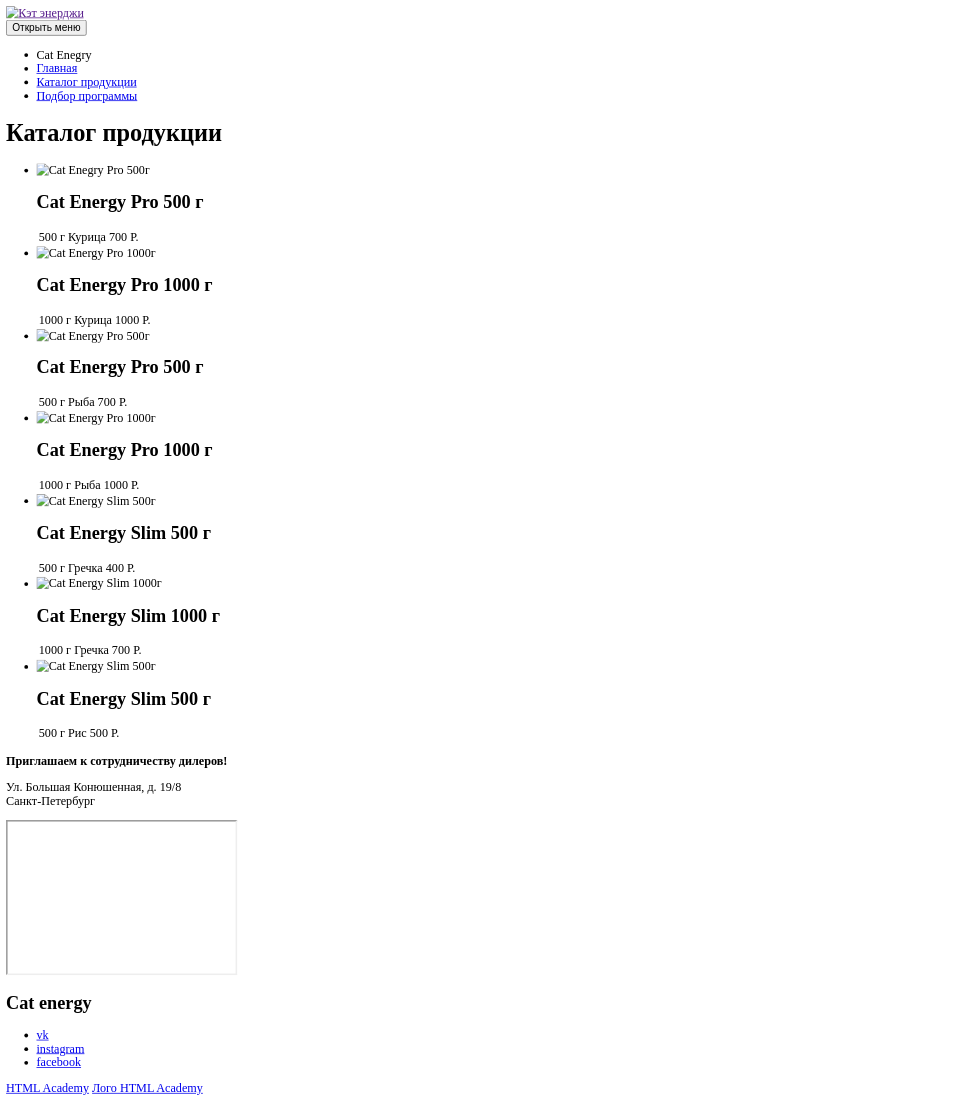
Repository: infernotw/1054987-cat-energy-17
Page: source/catalog.html
An editor plug-in stored every save of this project. The page is shown before and after the next save, followed by the edit.
The browser window is 1280 px wide. The pictures show the whole page, at 76% of full size.

Above is the page before, as saved 2019-07-17 05:16:19.

### source/catalog.html
<!DOCTYPE html>
<html lang="ru">

<head>
  <meta charset="utf-8">
  <title>HTML Academy: Кэт энерджи</title>
</head>

<body>

  <header class="page-header">
    <a href="" class="page-header__logo">
      <img src="#" alt="Кэт энерджи" width="" height="" class="page-header__logo-image">
    </a>
    <nav class="main-nav">
      <button class="main-nav__toggle" type="button">Открыть меню</button>
      <div class="main-nav__wrapper">
        <ul class="main-nav__list site-list">
          <li class="site-list__item">
            <a class="site-list__item site-list__item--active">Cat Enegry</a>
          </li>
          <li class="site-list__item">
            <a href="#">Главная</a>
          </li>
          <li class="site-list__item">
            <a href="catalog.html">Каталог продукции</a>
          </li>
          <li class="site-list__item">
            <a href="form.html">Подбор программы</a>
          </li>
        </ul>
      </div>
    </nav>
  </header>

  <main class="page-main">
    <h1 class="page-main__title">Каталог продукции</h1>
    <section class="catalog">
      <div class="catalog__wrapper">
        <ul class="catalog__list">
          <li class="catalog__item">
            <img src="#" alt="Cat Enegry Pro 500г" class="catalog__img">
            <h2 class="catalog__name">Cat Energy Pro 500 г</h2>
            <table class="catalog__about">
              <tr>
                <td class="catalog__volume">500 г</td>
                <td class="catalog__taste">Курица</td>
                <td class="catalog__price">700 Р.</td>
              </tr>
            </table>
          </li>
          <li class="catalog__item">
            <img src="#" alt="Cat Energy Pro 1000г" class="catalog__img">
            <h2 class="catalog__name">Cat Energy Pro 1000 г</h2>
            <table class="catalog__about">
              <tr>
                <td class="catalog__volume">1000 г</td>
                <td class="catalog__taste">Курица</td>
                <td class="catalog__price">1000 Р.</td>
              </tr>
            </table>
          </li>
          <li class="catalog__item">
            <img src="#" alt="Cat Energy Pro 500г" class="catalog__img">
            <h2 class="catalog__name">Cat Energy Pro 500 г</h2>
            <table class="catalog__about">
              <tr>
                <td class="catalog__volume">500 г</td>
                <td class="catalog__taste">Рыба</td>
                <td class="catalog__price">700 Р.</td>
              </tr>
            </table>
          </li>
          <li class="catalog__item">
            <img src="#" alt="Cat Energy Pro 1000г" class="catalog__img">
            <h2 class="catalog__name">Cat Energy Pro 1000 г</h2>
            <table class="catalog__about">
              <tr>
                <td class="catalog__volume">1000 г</td>
                <td class="catalog__taste">Рыба</td>
                <td class="catalog__price">1000 Р.</td>
              </tr>
            </table>
          </li>
          <li class="catalog__item">
            <img src="#" alt="Cat Energy Slim 500г" class="catalog__img">
            <h2 class="catalog__name">Cat Energy Slim 500 г</h2>
            <table class="catalog__about">
              <tr>
                <td class="catalog__volume">500 г</td>
                <td class="catalog__taste">Гречка</td>
                <td class="catalog__price">400 Р.</td>
              </tr>
            </table>
          </li>
          <li class="catalog__item">
            <img src="#" alt="Cat Energy Slim 1000г" class="catalog__img">
            <h2 class="catalog__name">Cat Energy Slim 1000 г</h2>
            <table class="catalog__about">
              <tr>
                <td class="catalog__volume">1000 г</td>
                <td class="catalog__taste">Гречка</td>
                <td class="catalog__price">700 Р.</td>
              </tr>
            </table>
          </li>
          <li class="catalog__item">
            <img src="#" alt="Cat Energy Slim 500г" class="catalog__img">
            <h2 class="catalog__name">Cat Energy Slim 500 г</h2>
            <table class="catalog__about">
              <tr>
                <td class="catalog__volume">500 г</td>
                <td class="catalog__taste">Рис</td>
                <td class="catalog__price">500 Р.</td>
              </tr>
            </table>
          </li>
        </ul>

      </div>
    </section>


  </main>

  <footer class="page-footer">
    <div class="page-footer__wrapper">
      <div class="page-footer__contacts contacts">
        <b class="contacts__title">Приглашаем к сотрудничеству дилеров!</b>
        <p class="contacts__text">Ул. Большая Конюшенная, д. 19/8<br>Санкт-Петербург</p>
        <div class="contacts__map">
          <iframe src="https://yandex.ru/map-widget/v1/-/CCwfVC62" width="300" height="200"></iframe>
        </div>
      </div>
      <div class="page-footer__social social">
        <h2 class="social__title">Cat energy</h2>
        <ul class="social__list">
          <li class="social__item">
            <a href="#" class="social__link social__link--vk">vk</a>
          </li>
          <li class="social__item">
            <a href="#" class="social__link social__link--instagram">instagram</a>
          </li>
          <li class="social__item">
            <a href="#" class="social__link social__link--facebook">facebook</a>
          </li>
        </ul>
      </div>
      <div class="page-footer__copyright copyright">
        <a href="#" class="copyright__link">HTML Academy</a>
        <a href="#" class="copyright__link">Лого HTML Academy</a>
      </div>
    </div>
  </footer>

</body>

</html>

After the next save:
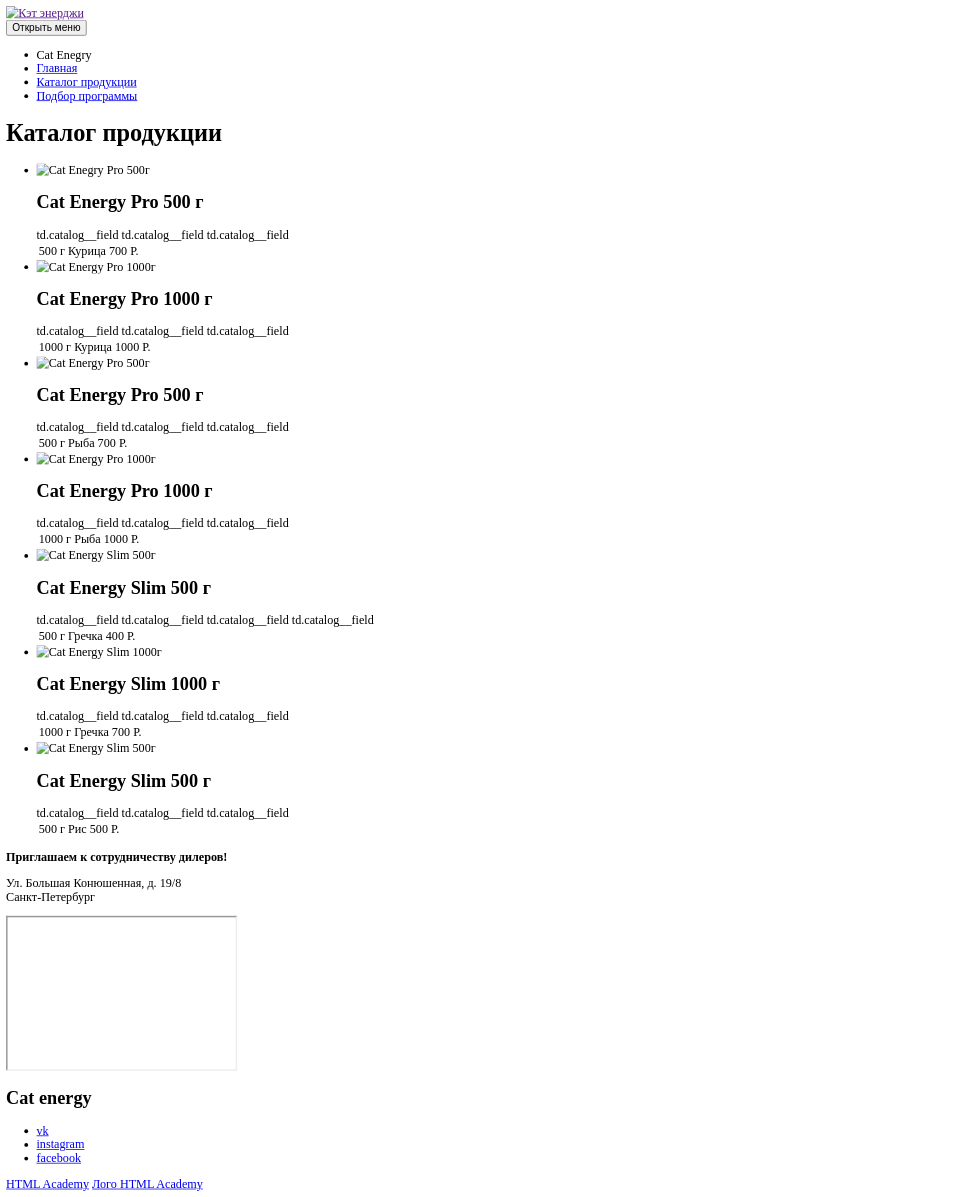
Saved 117 s later.
--- a/source/catalog.html
+++ b/source/catalog.html
@@ -44,8 +44,11 @@
             <table class="catalog__about">
               <tr>
                 <td class="catalog__volume">500 г</td>
+                td.catalog__field
                 <td class="catalog__taste">Курица</td>
+                td.catalog__field
                 <td class="catalog__price">700 Р.</td>
+                td.catalog__field
               </tr>
             </table>
           </li>
@@ -55,8 +58,11 @@
             <table class="catalog__about">
               <tr>
                 <td class="catalog__volume">1000 г</td>
+                td.catalog__field
                 <td class="catalog__taste">Курица</td>
+                td.catalog__field
                 <td class="catalog__price">1000 Р.</td>
+                td.catalog__field
               </tr>
             </table>
           </li>
@@ -66,8 +72,11 @@
             <table class="catalog__about">
               <tr>
                 <td class="catalog__volume">500 г</td>
+                td.catalog__field
                 <td class="catalog__taste">Рыба</td>
+                td.catalog__field
                 <td class="catalog__price">700 Р.</td>
+                td.catalog__field
               </tr>
             </table>
           </li>
@@ -77,8 +86,40 @@
             <table class="catalog__about">
               <tr>
                 <td class="catalog__volume">1000 г</td>
+                td.catalog__field
                 <td class="catalog__taste">Рыба</td>
+                td.catalog__field
                 <td class="catalog__price">1000 Р.</td>
+                td.catalog__field
+              </tr>
+            </table>
+          </li>
+          <li class="catalog__item">
+            <img src="#" alt="Cat Energy Slim 500г" class="catalog__img">
+            <h2 class="catalog__name">Cat Energy Slim 500 г</h2>
+            td.catalog__field
+            <table class="catalog__about">
+              <tr>
+                <td class="catalog__volume">500 г</td>
+                td.catalog__field
+                <td class="catalog__taste">Гречка</td>
+                td.catalog__field
+                <td class="catalog__price">400 Р.</td>
+                td.catalog__field
+              </tr>
+            </table>
+          </li>
+          <li class="catalog__item">
+            <img src="#" alt="Cat Energy Slim 1000г" class="catalog__img">
+            <h2 class="catalog__name">Cat Energy Slim 1000 г</h2>
+            <table class="catalog__about">
+              <tr>
+                <td class="catalog__volume">1000 г</td>
+                td.catalog__field
+                <td class="catalog__taste">Гречка</td>
+                td.catalog__field
+                <td class="catalog__price">700 Р.</td>
+                td.catalog__field
               </tr>
             </table>
           </li>
@@ -88,30 +129,11 @@
             <table class="catalog__about">
               <tr>
                 <td class="catalog__volume">500 г</td>
-                <td class="catalog__taste">Гречка</td>
-                <td class="catalog__price">400 Р.</td>
-              </tr>
-            </table>
-          </li>
-          <li class="catalog__item">
-            <img src="#" alt="Cat Energy Slim 1000г" class="catalog__img">
-            <h2 class="catalog__name">Cat Energy Slim 1000 г</h2>
-            <table class="catalog__about">
-              <tr>
-                <td class="catalog__volume">1000 г</td>
-                <td class="catalog__taste">Гречка</td>
-                <td class="catalog__price">700 Р.</td>
-              </tr>
-            </table>
-          </li>
-          <li class="catalog__item">
-            <img src="#" alt="Cat Energy Slim 500г" class="catalog__img">
-            <h2 class="catalog__name">Cat Energy Slim 500 г</h2>
-            <table class="catalog__about">
-              <tr>
-                <td class="catalog__volume">500 г</td>
+                td.catalog__field
                 <td class="catalog__taste">Рис</td>
+                td.catalog__field
                 <td class="catalog__price">500 Р.</td>
+                td.catalog__field
               </tr>
             </table>
           </li>
